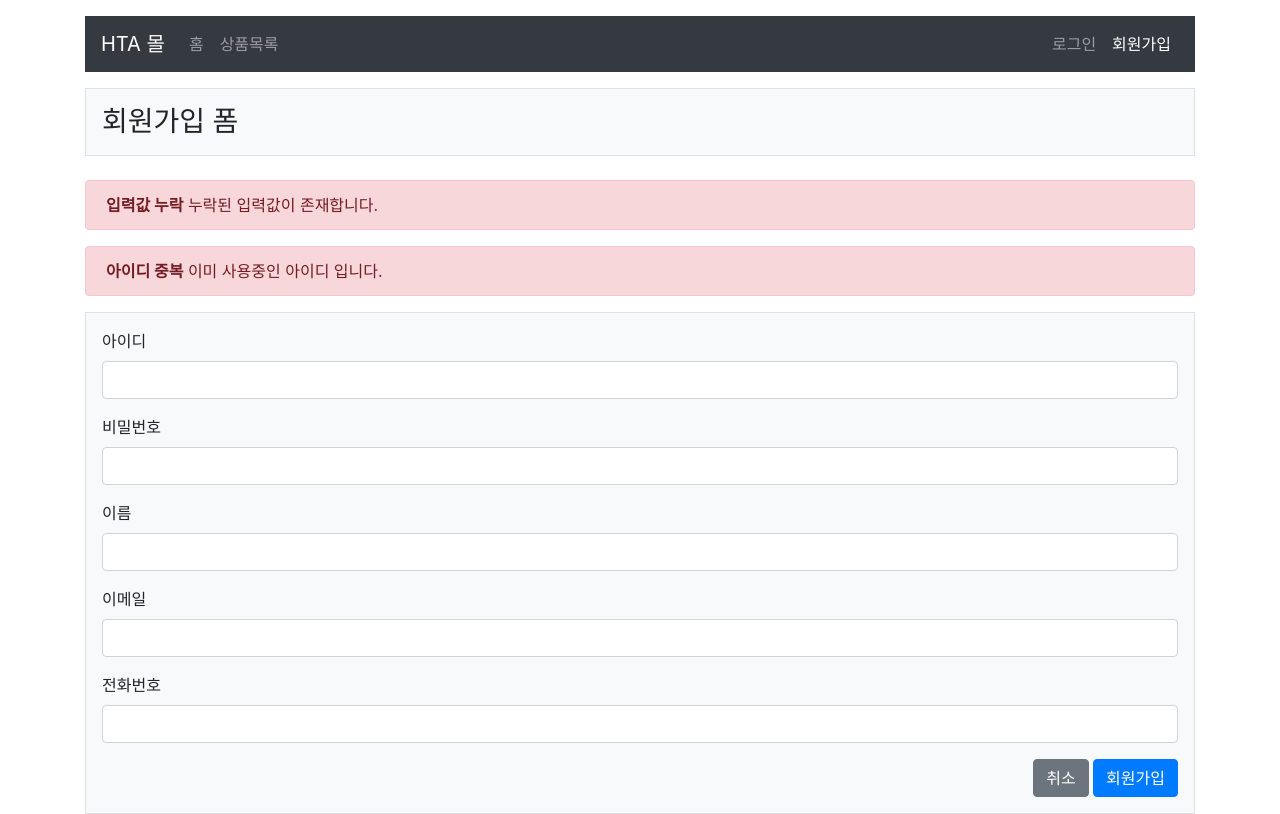
Repository: onuo77/ja_HTA
Page: http://localhost/sample-mybatis/user/registerform.jsp
These files come from the project's save history. The page is drawn as it stood at one moment and after a run of saves; the edit follows.
The browser window is 1280 px wide. The pictures show the whole page.
The page is served by Tomcat 9. Other server files are loaded and not shown.

Above is the page before, as saved 2021-05-28 02:49:57.

### java-web/sample-mybatis/src/main/webapp/user/registerform.jsp
<%@ page contentType="text/html; charset=UTF-8" pageEncoding="UTF-8" %>
<!DOCTYPE html>
<html lang="ko">
<head>
	<title>상품몰</title>
 	<meta charset="utf-8">
  	<meta name="viewport" content="width=device-width, initial-scale=1">
  	<link rel="stylesheet" href="https://maxcdn.bootstrapcdn.com/bootstrap/4.5.2/css/bootstrap.min.css">
  	<script src="https://ajax.googleapis.com/ajax/libs/jquery/3.5.1/jquery.min.js"></script>
  	<script src="https://cdnjs.cloudflare.com/ajax/libs/popper.js/1.16.0/umd/popper.min.js"></script>
  	<script src="https://maxcdn.bootstrapcdn.com/bootstrap/4.5.2/js/bootstrap.min.js"></script>
</head>
<body>
<div class="container">
<%
	String navItem = "register";

	String failMessage = request.getParameter("fail");
%>
	<header>
		<%@ include file="../common/header.jsp" %>
	</header>
	<main>
		<div class="row mb-3">
			<div class="col-12">
				<h3 class="border p-3 bg-light">회원가입 폼</h3>
			</div>
		</div>
		<div class="row">
			<div class="col-12">
				<!-- <p>에러 메세지 : <%=failMessage %></p> -->
				<div class="alert alert-danger">
					<strong>입력값 누락</strong> 누락된 입력값이 존재합니다.
				</div>
			</div>
			<div class="col-12">
				<div class="alert alert-danger">
					<strong>아이디 중복</strong> 이미 사용중인 아이디 입니다.
				</div>
			</div>
			<div class="col-12">
				<form method="post" action="register.jsp" class="border p-3 bg-light">
					<div class="form-group">
						<label>아이디</label>
						<input type="text" class="form-control" name="id" />
					</div>
					<div class="form-group">
						<label>비밀번호</label>
						<input type="password" class="form-control" name="password" />
					</div>
					<div class="form-group">
						<label>이름</label>
						<input type="text" class="form-control" name="name" />
					</div>
					<div class="form-group">
						<label>이메일</label>
						<input type="text" class="form-control" name="email" />
					</div>
					<div class="form-group">
						<label>전화번호</label>
						<input type="text" class="form-control" name="phone" />
					</div>
					<div class="text-right">
						<a href="../index.jsp" class="btn btn-secondary">취소</a>
						<button type="submit" class="btn btn-primary">회원가입</button>
					</div>
				</form>
			</div>
		</div>
	</main>
</div>
</body>
</html>

### java-web/sample-mybatis/src/main/webapp/common/header.jsp
<%@page import="com.sample.vo.User"%>
<%@ page pageEncoding="UTF-8"%>
<%
	//클라이언트 전용의 세션객체에 "LOGINED_USER_INFO"라는 이름으로 저장된 객체를 조회한다.
	//사용자 인증과정을 통과한 클라이언트라면 세션객체에서 "LOGINED_USER_INFO"라는 이름으로 저장된 객체를
	//찾을 수 있다.
	//loginedUser가 null이 아니면 사용자 인증과정을 통과한 사용자다.
	//loginedUser가 null이면 사용자 인증과정을 수행하지 않았거나, 인증과정을 통과하지 못한 경우다.
	User loginedUser = (User) session.getAttribute("LOGINED_USER_INFO");
%>
<!-- <p><%=loginedUser %></p> -->
<nav class="navbar navbar-expand-sm bg-dark navbar-dark my-3">
	<a class="navbar-brand" href="/sample-mybatis/index.jsp">HTA 몰</a>
  	<ul class="navbar-nav  mr-auto">
    	<li class="nav-item <%="home".equals(navItem) ? "active" : ""%>"><a class="nav-link" href="/sample-mybatis/index.jsp">홈</a></li>
    	<li class="nav-item <%="product".equals(navItem) ? "active" : ""%>"><a class="nav-link" href="/sample-mybatis/product/list.jsp">상품목록</a></li>
    	<%
    		if(loginedUser != null){
    	%>
    	<li class="nav-item"><a class="nav-link" href="#">주문내역</a></li>
    	<%
    		}
    	%>
  	</ul>
  	<ul class="navbar-nav">
  		<!-- 로그인되지 않은 경우 로그인/회원가입이 표시된다. -->
  	<%
  		if (loginedUser == null) {
  	%>
    	<li class="nav-item "><a class="nav-link" href="/sample-mybatis/user/loginform.jsp">로그인</a></li>
    	<li class="nav-item <%="register".equals(navItem) ? "active" : ""%>"><a class="nav-link" href="/sample-mybatis/user/registerform.jsp">회원가입</a></li>
    <%
  		} else {
    %>
    	<!-- 로그인된 경우 사용자이름/로그아웃이 표시된다. -->
    	<li class="nav-item <%="user".equals(navItem) ? "active" : ""%>"><a class="nav-link" href="/sample-mybatis/user/detail.jsp"><%=loginedUser.getName() %></a></li>
    	<li class="nav-item"><a class="nav-link" href="/sample-mybatis/user/logout.jsp">로그아웃</a></li>
    <%
  		}
    %>
  	</ul>
</nav>

After the next 2 saves:
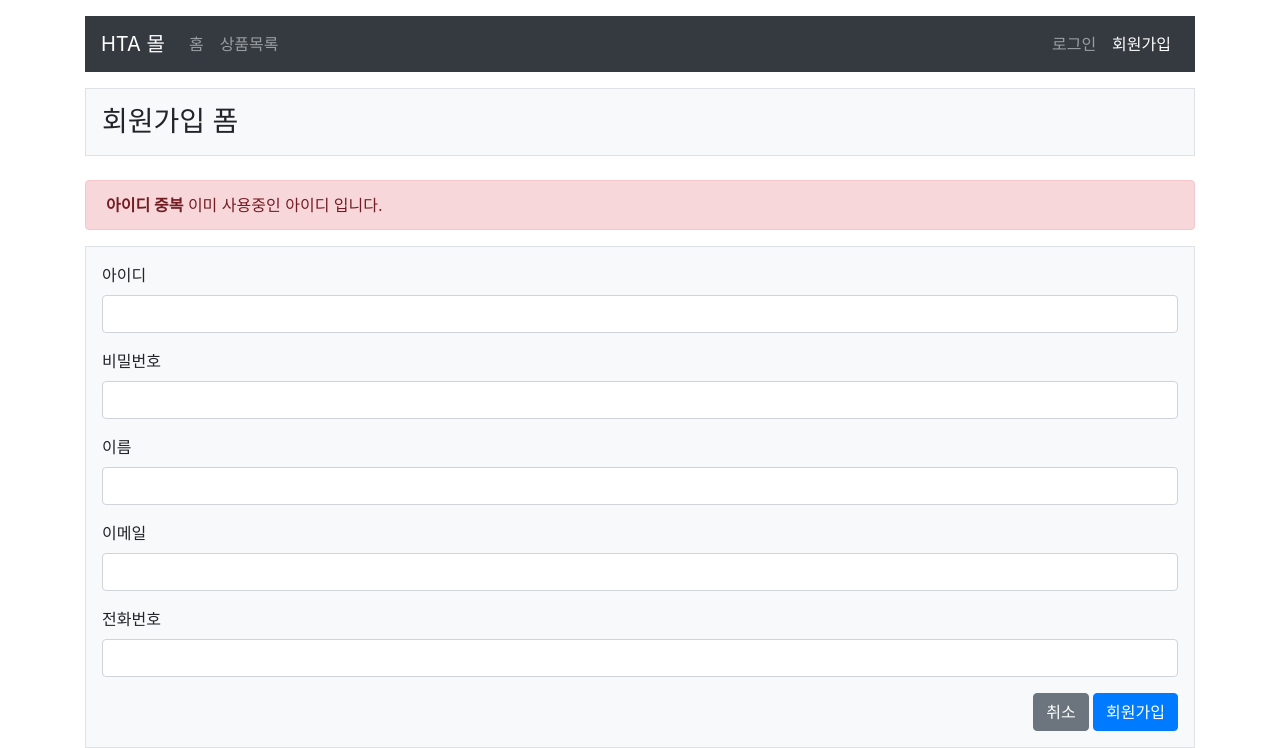
The 2 saves are shown as one change because 1 did not build or start.
The last was saved 48 s later.
--- a/java-web/sample-mybatis/src/main/webapp/user/registerform.jsp
+++ b/java-web/sample-mybatis/src/main/webapp/user/registerform.jsp
@@ -27,12 +27,18 @@
 			</div>
 		</div>
 		<div class="row">
+		<%
+			if("blank".equals(failMessage)){
+		%>
 			<div class="col-12">
 				<!-- <p>에러 메세지 : <%=failMessage %></p> -->
 				<div class="alert alert-danger">
 					<strong>입력값 누락</strong> 누락된 입력값이 존재합니다.
 				</div>
 			</div>
+		<%
+			}
+		%>
 			<div class="col-12">
 				<div class="alert alert-danger">
 					<strong>아이디 중복</strong> 이미 사용중인 아이디 입니다.
